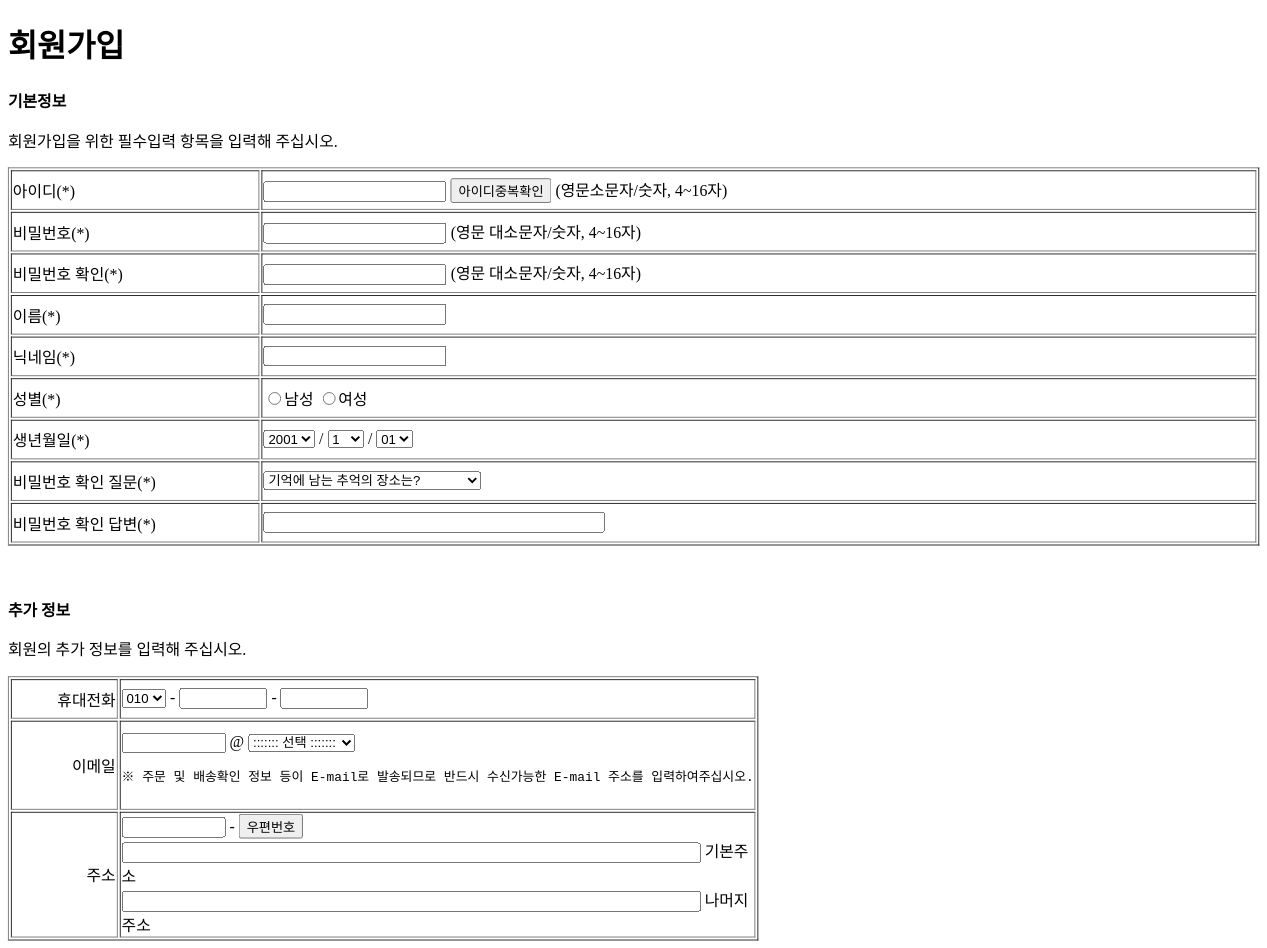
Repository: Leewonhoo/kostaweb
Page: http://localhost/FirstProject/Register.jsp
An editor plug-in stored every save of this project. The page is shown before and after the next save, followed by the edit.
The browser window is 1280 px wide. The pictures show the whole page, at 99% of full size.
The page is served by Tomcat 9. Other server files are loaded and not shown.

Above is the page before, as saved 2017-09-14 02:25:22.

### FirstProject/WebContent/Register.jsp
<%@ page language="java" contentType="text/html; charset=EUC-KR"
    pageEncoding="EUC-KR"%>
<!DOCTYPE html PUBLIC "-//W3C//DTD HTML 4.01 Transitional//EN" "http://www.w3.org/TR/html4/loose.dtd">
<html>
<head>
<meta http-equiv="Content-Type" content="text/html; charset=EUC-KR">
<title>Insert title here</title>
</head>
<body>
	<h1>회원가입</h1>
	<p><b>기본정보</b></p>
	<p>회원가입을 위한 필수입력 항목을 입력해 주십시오.</p>
	<table border="1" width="100%">
		<tr height="40px">
			<td width="20%">아이디(*)</td>
			<td width="800px"><input type="text" size="20">
				<input type="button" value="아이디중복확인"> (영문소문자/숫자, 4~16자)</td>
		</tr>
		<tr height="40px">
			<td>비밀번호(*)</td>
			<td width="800px">
				<input type="password" size="20"> (영문 대소문자/숫자, 4~16자)</td>
		</tr>
		<tr height="40px">
			<td>비밀번호 확인(*)</td>
			<td width="800px">
				<input type="password" size="20"> (영문 대소문자/숫자, 4~16자)</td>
		</tr>
		<tr height="40px">
			<td>이름(*)</td>
			<td width="800px"><input type="text" size="20"></td>
		</tr>
		<tr height="40px">
			<td>닉네임(*)</td>
			<td width="800px"><input type="text" size="20"></td>
		</tr>
		<tr height="40px">
			<td>성별(*)</td>
			<td width="800px">
				<input type="radio" name="gender" value="남성">남성
				<input type="radio" name="gender" value="여성">여성</td>
		</tr>
		<tr height="40px">
			<td>생년월일(*)</td>
			<td width="800px">
				<select name="year">
					<option>2001</option>
					<option>2000</option>
					<option>1999</option>
					<option>1998</option>
					<option>1997</option>
					<option>1996</option>
					<option>1995</option>
					<option>1994</option>
					<option>1993</option>
					<option>1992</option>
					<option>1991</option>
					<option>1990</option>
					<option>1989</option>
					<option>1988</option>
					<option>1987</option>
					<option>1986</option>
					<option>1985</option>
					<option>1984</option>
					<option>1983</option>
					<option>1982</option>
					<option>1981</option>
					<option>1980</option>
					<option>1979</option>
					<option>1978</option>
					<option>1977</option>
					<option>1976</option>
					<option>1975</option>
					<option>1974</option>
					<option>1973</option>
					<option>1972</option>
					<option>1971</option>
					<option>1970</option>
				</select>
			 / <select name="month">
					<option>1</option>
					<option>2</option>
					<option>3</option>
					<option>4</option>
					<option>5</option>
					<option>6</option>
					<option>7</option>
					<option>8</option>
					<option>9</option>
					<option>10</option>
					<option>11</option>
					<option>12</option>
				</select>
			 / <select name="day">
					<option>01</option>
					<option>02</option>
					<option>03</option>
					<option>04</option>
					<option>05</option>
					<option>06</option>
					<option>07</option>
					<option>08</option>
					<option>09</option>
					<option>10</option>
					<option>11</option>
					<option>12</option>
					<option>13</option>
					<option>14</option>
					<option>15</option>
					<option>16</option>
					<option>17</option>
					<option>18</option>
					<option>19</option>
					<option>20</option>
					<option>21</option>
					<option>22</option>
					<option>23</option>
					<option>24</option>
					<option>25</option>
					<option>26</option>
					<option>27</option>
					<option>28</option>
					<option>29</option>
					<option>30</option>
					<option>31</option>
				</select>
			</td>
		</tr>
		<tr height="40px">
			<td>비밀번호 확인 질문(*)</td>
			<td width="800px">
				<select name="confirmQuestion">
					<option value="1">기억에 남는 추억의 장소는?</option>
					<option value="2">존경하는 인물은?</option>
					<option value="3">좋아하는 물건은?</option>
					<option value="4">좋아하는 글귀는?</option>
					<option value="5">하고싶지 않은일 할 때 하는 표정은?</option>
				</select>
			</td>
		</tr>
		<tr height="40px">
			<td>비밀번호 확인 답변(*)</td>
			<td width="800px"><input type="text" size="40"></td>
		</tr>
	</table>

	<br><br>
	<p><b>추가 정보</b></p>
	<p>회원의 추가 정보를 입력해 주십시오.</p>
	<table border="1" width="60%">
		<tr height="40px">
			<td width="15%" align="right">휴대전화</td>
			<td width="800px">
				<select name="number">
					<option>010</option>
					<option>011</option>
					<option>070</option>
			</select>
			 - <input type="text" size="8">
			 - <input type="text" size="8">
			</td>
		</tr>
		<tr height="90px">
			<td align="right">이메일</td>
			<td width="800px"><input type="text" size="10">
			 @ <select name="domain">
					<option>::::::: 선택 :::::::</option>
					<option>chol.com</option>
					<option>daum.net</option>
					<option>dreamwiz.com</option>
					<option>empal.com</option>
					<option>gmail.com</option>
					<option>hanmail.net</option>
					<option>hanmir.com</option>
					<option>hanafos.com</option>
					<option>hotmail.com</option>
					<option>lycos.co.kr</option>
					<option>nate.com</option>
					<option>naver.com</option>
					<option>paran.com</option>
					<option>yahoo.co.kr</option>
					<option>직접입력</option>
			</select>
			<pre>※ 주문 및 배송확인 정보 등이 E-mail로 발송되므로 반드시 수신가능한 E-mail 주소를 입력하여주십시오.</pre>
			</td>
		</tr>
		<tr height="90px">
			<td align="right">주소</td>
			<td width="800px"><input type="text" size="10">
			 - <input type="button" value="우편번호"><br>
			 <input type="text"	size="70"> 기본주소<br>
			 <input type="text" size="70"> 나머지주소</td>
		</tr>
	</table>
</body>
</html>

After the next save:
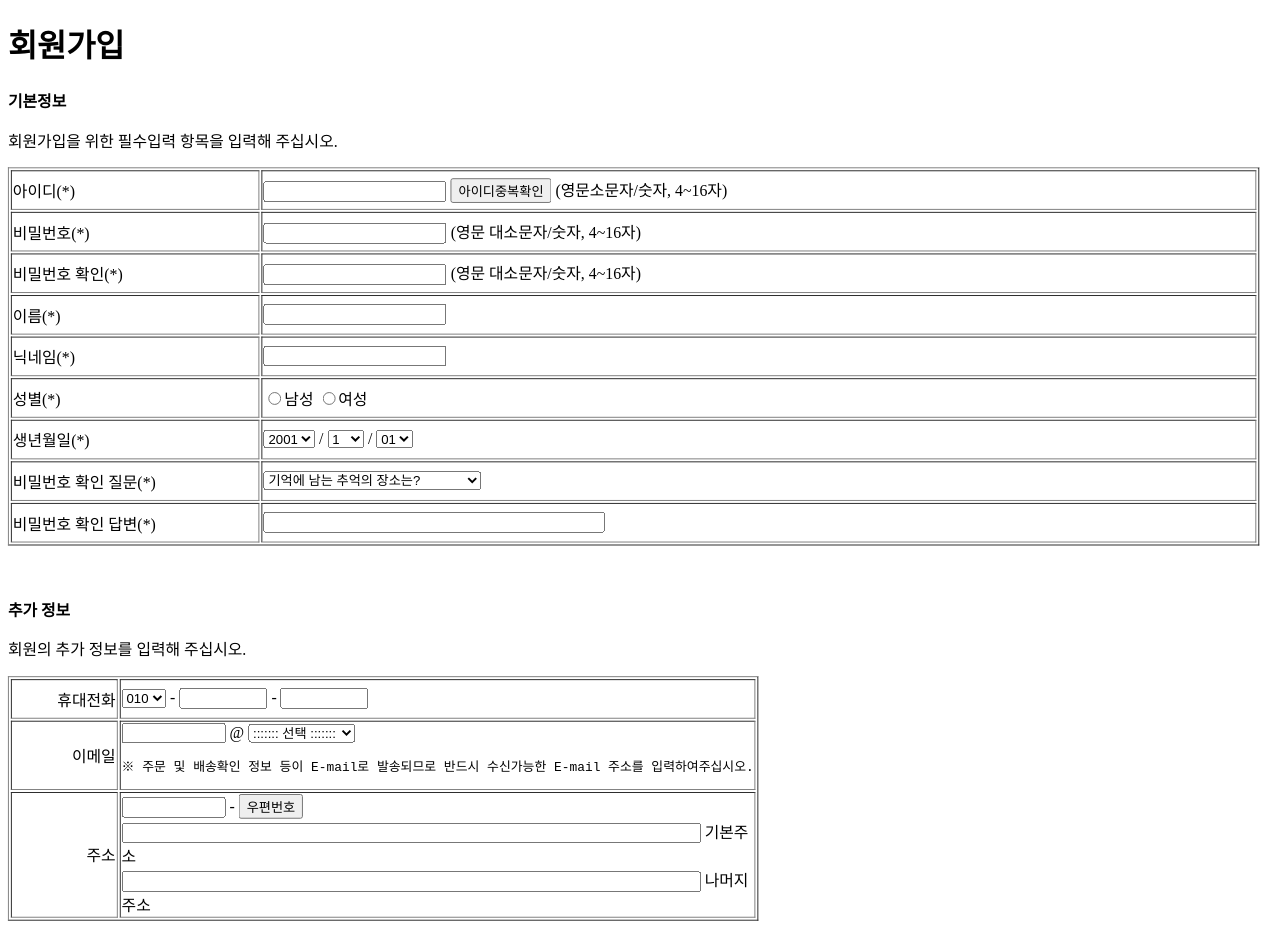
Saved 17 s later.
--- a/FirstProject/WebContent/Register.jsp
+++ b/FirstProject/WebContent/Register.jsp
@@ -160,7 +160,7 @@
 			 - <input type="text" size="8">
 			</td>
 		</tr>
-		<tr height="90px">
+		<tr height="60px">
 			<td align="right">이메일</td>
 			<td width="800px"><input type="text" size="10">
 			 @ <select name="domain">
